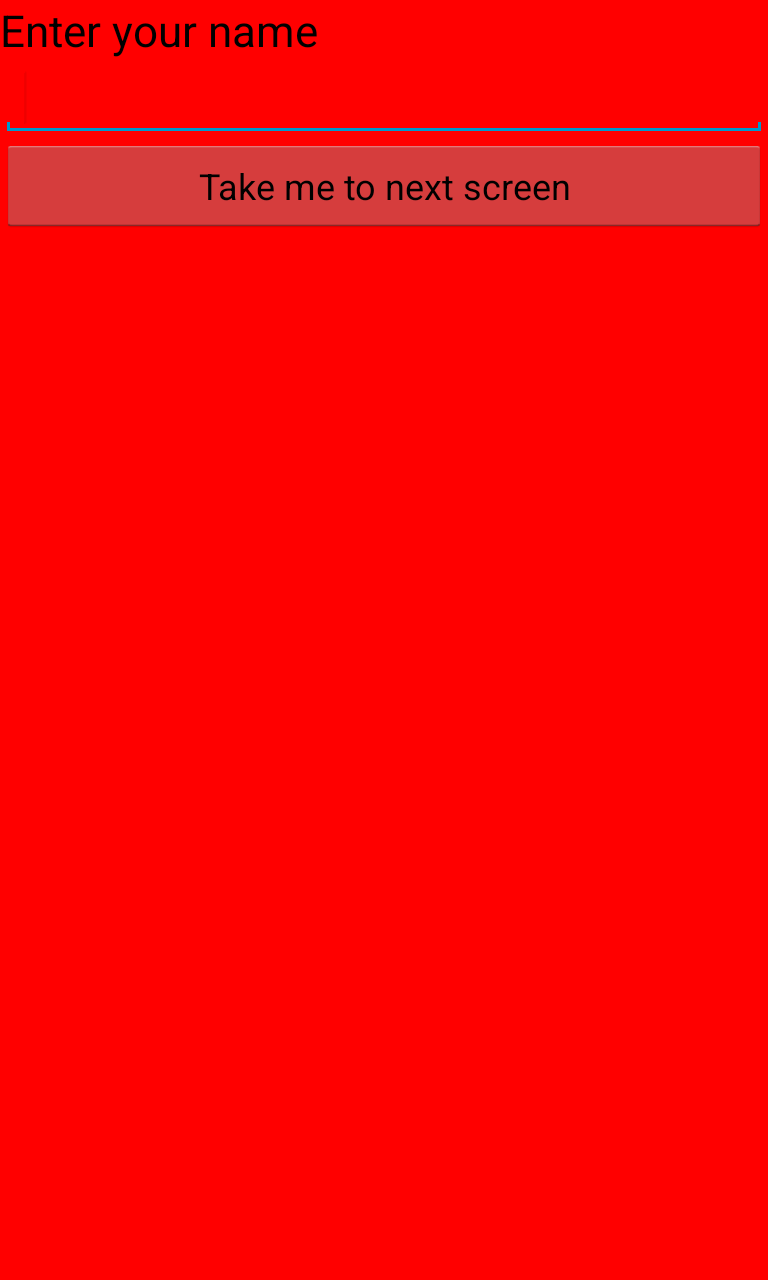
Repository: fsoDannis/FSO_JAVAII
Layout: JavaII_Week1/res/layout/activity_main.xml
An editor plug-in stored every save of this project. The layout is shown before and after the next save, followed by the edit.
It is drawn on a 768 x 1280 px phone screen (xhdpi) without system bars, with theme AppTheme; the app's code is not run.

Above is the layout before, as saved 2013-05-10 00:47:46.

### JavaII_Week1/res/layout/activity_main.xml
<?xml version="1.0" encoding="utf-8"?>
<LinearLayout xmlns:android="http://schemas.android.com/apk/res/android"
    android:layout_width="fill_parent"
    android:layout_height="fill_parent"
    android:orientation="vertical"
    android:background="#ff0000">
    <TextView
        android:id="@+id/textView1"
        android:layout_width="match_parent"
        android:layout_height="wrap_content"
        android:text="Enter your name"
         android:textColor="#000000"
        android:textAppearance="?android:attr/textAppearanceLarge" />
    <EditText
        android:id="@+id/editText1"
        android:layout_width="match_parent"
        android:layout_height="wrap_content"
        android:ems="10"
         android:textColor="#000000">
        <requestFocus />
    </EditText>
    <Button
        android:id="@+id/button1"
        android:layout_width="match_parent"
        android:layout_height="wrap_content"
        android:text="Take me to next screen" />
    <TextView
        android:id="@+id/textView3"
        android:layout_width="match_parent"
        android:layout_height="wrap_content"
        android:layout_marginBottom="20px"
         android:textColor="#000000"
        android:text=""
        android:textAppearance="?android:attr/textAppearanceLarge" />
</LinearLayout>

Loaded but not shown: JavaII_Week1/res/values/styles.xml (common file); JavaII_Week1/res/values-v11/styles.xml (common file); JavaII_Week1/res/values-v14/styles.xml (common file)

After the next save:
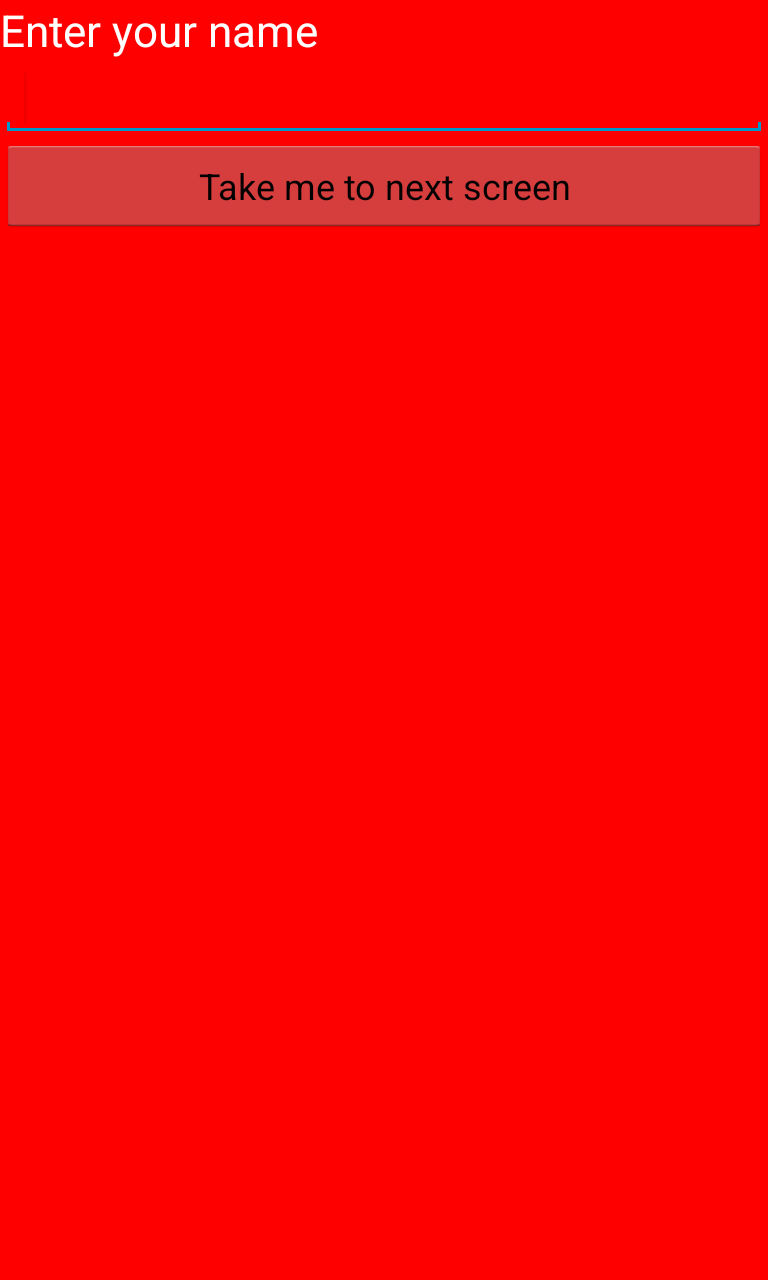
Saved 66 s later.
--- a/JavaII_Week1/res/layout/activity_main.xml
+++ b/JavaII_Week1/res/layout/activity_main.xml
@@ -9,7 +9,7 @@
         android:layout_width="match_parent"
         android:layout_height="wrap_content"
         android:text="Enter your name"
-         android:textColor="#000000"
+        android:textColor="#ffffff"
         android:textAppearance="?android:attr/textAppearanceLarge" />
     <EditText
         android:id="@+id/editText1"
